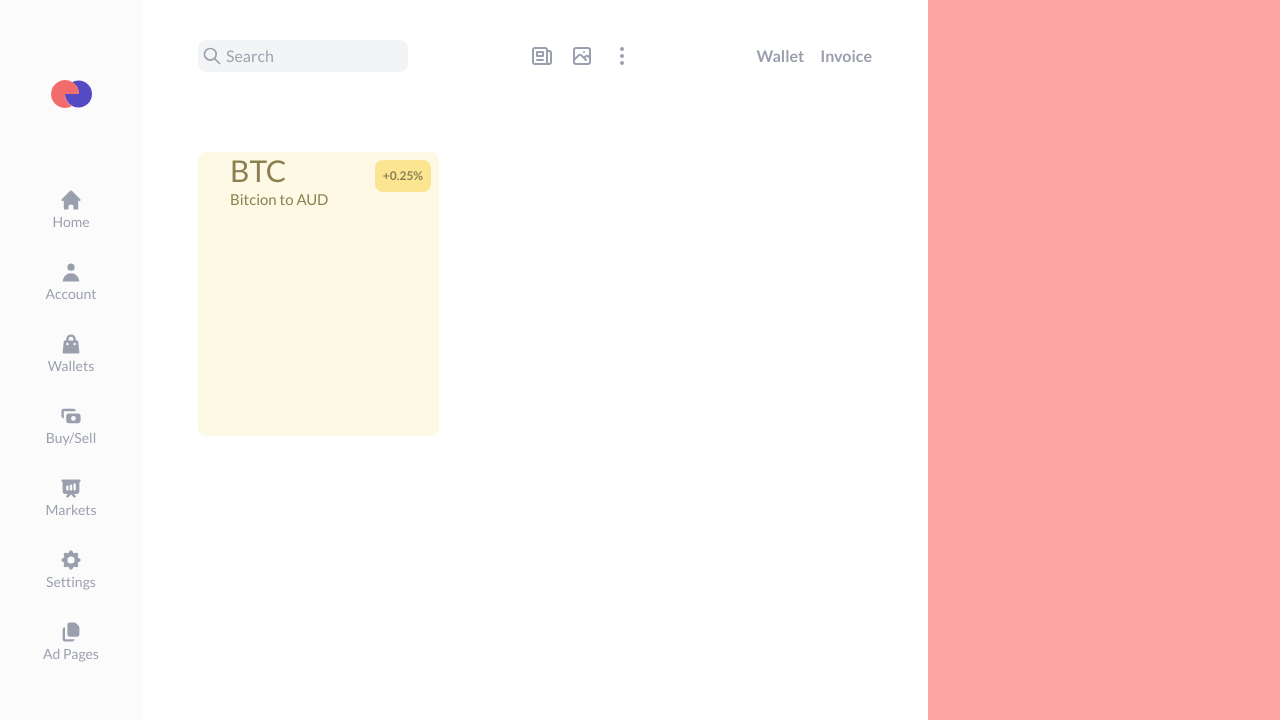
Repository: almaqdad55/crypto-app-nextjs
Page: /
The author's editor kept a copy of each file at every save. The page is drawn from the files as they stood at one save, then again after the next save.
The browser window is 1280 px wide. The pictures show the whole page.
The project was rebuilt for these pictures with package versions that can differ from the ones it lists, and the page was loaded fresh each time. The framework's server and built-in components were replaced by stand-ins that run in the browser.

Above is the page before, as saved 2022-01-04 20:43:24.

After the next save:
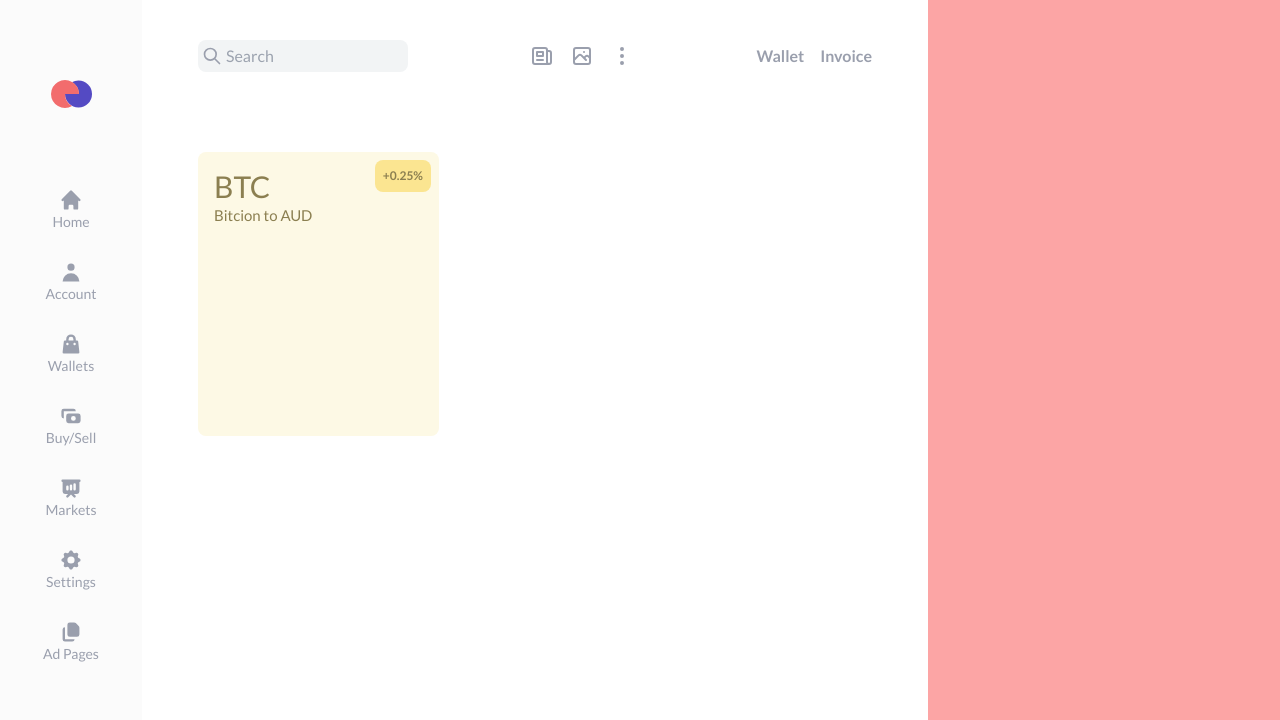
Saved 9 s later.
--- a/components/Card.jsx
+++ b/components/Card.jsx
@@ -1,6 +1,6 @@
 const Card = () => {
   return (
-    <div className="w-[241px] h-[284px] bg-[#FDF9E5] rounded-lg relative text-[#8B7F50] px-8">
+    <div className="w-[241px] h-[284px] bg-[#FDF9E5] rounded-lg relative text-[#8B7F50] p-4">
       <div className="absolute bg-[#FBE591] text-[#8B7F50] text-xs rounded-lg p-2 font-bold top-2 right-2">
         +0.25%
       </div>
